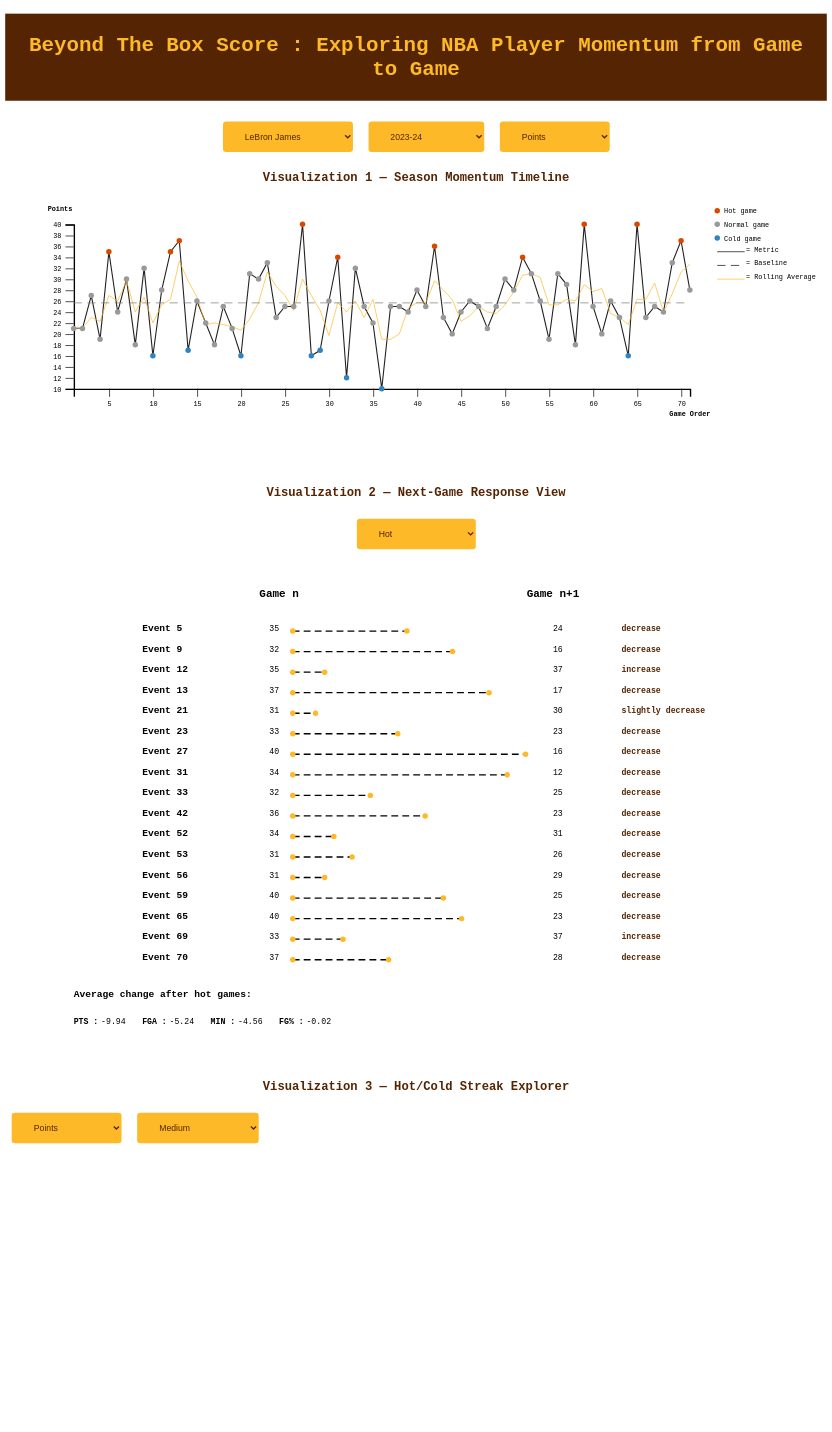
Repository: houdafatih/Data-Viz-Project
Page: index.html
An editor plug-in stored every save of this project. The page is shown before and after the next save, followed by the edit.
The browser window is 1280 px wide. The pictures show the whole page, at 65% of full size.

Above is the page before, as saved 2026-06-19 10:48:57.

### index.html
<!DOCTYPE html>
<html>
   <head>
    <meta charset="UTF-8"/>
    <title>Beyond The Box Score</title>
    <link rel="stylesheet" href="style.css" >
  </head>
  <body>
     <h1>Beyond The Box Score : Exploring NBA Player Momentum from Game to Game</h1>

     <div class="selection">
        <select id="playerSelect">
            <option selected disabled>Select a Player</option>
        </select>

        <select id="seasonSelect">
            <option selected disabled>Select a Season</option>
        </select>

        <select id="metricSelect">
            <option selected disabled>Select a metric</option>
            <option value="pts">Points</option>
            <option value="fga">FGA</option>
            <option value="min">Minutes</option>
            <option value="fg_pct">FG%</option>
            <option value="plus_minus">Plus/Minus</option>
        </select>
     </div>

     <h3>Visualization 1 — Season Momentum Timeline</h3>
     <div id="vizual1"></div>

     <h3>Visualization 2 — Next-Game Response View</h3>
     <div class="selection">
        <select id="performanceSelect">
            <option selected disabled>Select event type</option>
            <option value="all">All</option>
            <option value="hot">Hot</option>
            <option value="cold">Cold</option>
            <option value="normal">Normal</option>
        </select>
     </div>
     <div id="vizual2"></div>

     <h3>Visualization 3 — Hot/Cold Streak Explorer</h3>
     <select id="metricSelectV3">
            <option selected disabled>Select a metric</option>
            <option value="pts">Points</option>
            <option value="fga">FGA</option>
            <option value="min">Minutes</option>
            <option value="fg_pct">FG%</option>
            <option value="plus_minus">Plus/Minus</option>
     </select>
     <select id="thresholdSelect">
            <option selected disabled>Select a threshold</option>
            <option value="loose">Loose</option>
            <option value="medium">Medium</option>
            <option value="strict">Strict</option>
     </select>
     <div id="vizual3"></div>

     <!-----<h3>Visualization 4 — Context Impact View</h3>

     <div id="vizual4"></div> ---->

  </body>
  <script src="https://d3js.org/d3.v7.min.js"></script>
  <script type="module" src="index.js"></script>
</html>

### style.css
body{
    padding: 0px;
}
h1{
  text-align: center;
  font-size: 2rem;
  font-family: "Courier New", Courier, monospace;
  color : #fdb927;
  background-color: #552503;
  padding: 30px;

}
.selection{
    text-align: center;
}
select{
    margin: 10px;
    padding: 15px 30px;
    border-radius: 5px;
    border: none;
    background: #fdb927;
    color:#552503;

}
select option:hover{
    background-color: #fdb927;
}



h3{
    color: #552503;
    font-family: "Courier New", Courier, monospace;
    text-align: center;
}
.tick{
    font-size: 5px;
}
line{
    stroke-width: 0.5px;
}
.label{
    color: #552503;
    font-family: "Courier New", Courier, monospace;
    font-weight: bold;
}

.tooltip{
    position: fixed;
    background: wheat;
    border: 1px solid #ccc;
    padding: 10px;
    font-size: 15px;
    opacity: 0;
    pointer-events: none;

}
text{
    font-family: "Courier New", Courier, monospace;
}
.tooltip2{
    position: fixed;
    background: #fdb927;
    border: 1px solid #ccc;
    padding: 10px;
    font-size: 15px;
    visibility: hidden;
    pointer-events: none;
}
.line2{
    stroke-width: 1px;
}

### index.js
import {playersData,seasonData} from "./scripts/utils.js";
import { drawVisualization1 } from "./scripts/visualization1.js";
import { drawVisualization2 } from "./scripts/visualization2.js";
import { drawVisualization3 } from "./scripts/visualization3.js";

d3.csv("data/nba.csv").then(function(data){

   data.forEach(element => {
        element.player_id = +element.player_id
        element.game_index = +element.game_index
        element.pts = +element.pts
        element.fga = +element.fga
        element.min = +element.min
        element.fg_pct = +element.fg_pct
        element.plus_minus = +element.plus_minus
        element.next_pts = +element.next_pts
        element.next_fga = +element.next_fga
        element.next_min = +element.next_min
        element.next_fg_pct = +element.next_fg_pct
        element.rolling_pts_avg_3 = +element.rolling_pts_avg_3
        element.baseline_pts = +element.baseline_pts
        element.pts_diff_from_baseline = +element.pts_diff_from_baseline
        element.streak_length = +element.streak_length
   });

   playersData(data)
   seasonData(data)

   const nba_data = data

   d3.select("#playerSelect").property("value",nba_data[0].player_name)

   d3.select("#seasonSelect").property("value",nba_data[0].season_year)

   d3.select("#metricSelect").property("value","pts")

   d3.select("#performanceSelect").property("value","hot")

   d3.select("#metricSelectV3").property("value","pts")

   d3.select("#thresholdSelect").property("value","medium")

   updateVisualizations(nba_data)


   d3.select("#playerSelect").on("change",() => updateVisualizations(nba_data))
   d3.select("#seasonSelect").on("change",() => updateVisualizations(nba_data))
   d3.select("#metricSelect").on("change",() => updateVisualizations(nba_data))
   d3.select("#performanceSelect").on("change",() => updateVisualizations(nba_data))
   d3.select("#metricSelectV3").on("change",() => updateVisualizations(nba_data))
   d3.select("#thresholdSelect").on("change",() => updateVisualizations(nba_data))

})

function updateVisualizations(nba_data){
    const player = d3.select("#playerSelect").property("value")
    const season = d3.select("#seasonSelect").property("value")
    const metric = d3.select("#metricSelect").property("value")

    const eventT = d3.select("#performanceSelect").property("value")

    const metricv3 = d3.select("#metricSelectV3").property("value")
    const threshold =d3.select("#thresholdSelect").property("value")

    if(player === "Select a Player" || season === "Select a Season" || metric === "Select a metric"){
        return
    }

    let data_filter = nba_data.filter(d => d.player_name === player && d.season_year == season)
    drawVisualization1(data_filter,"#vizual1",metric)

    if(eventT === "Select event type"){
        return
    }
    drawVisualization2(data_filter,"#vizual2",metric,eventT)

    if(metricv3 === "Select a metric" || threshold === "Select a threshold"){
        return
    }
    drawVisualization3(data_filter,"#vizual3",metricv3,threshold)
}

### scripts/utils.js
export function playersData(data){
    const players_list = [...new Set(data.map(dt => dt.player_name))]

    d3.select("#playerSelect").selectAll(".players-options").data(players_list)
    .enter().append("option").attr("class","players-options").attr("value",dt=>dt).text(dt => dt)
}

export function seasonData(data){
    const seasons_list = [...new Set(data.map(dt => dt.season_year))]
    d3.select("#seasonSelect").selectAll(".seasons-options").data(seasons_list)
    .enter().append("option").attr("class","seasons-options").attr("value",dt=>dt).text(dt => dt)
}

### scripts/visualization1.js
export function drawVisualization1(data,id,metric){
     if(data.length === 0) {
        clearCanvas(id)
        return
    }
     const canvas = createCanvas()

     clearCanvas(id)

     const svg = addSvg(id,canvas)
     const sc = addScales(data,canvas,metric)

     addAxes(svg,sc,canvas)
     addMetricLine(svg,sc,data,metric)
     addAverageLine(svg,sc,data,metric)
     addBaselineLine(svg,sc,data,metric)
     addPoints(svg,sc,data,metric)
     addLabels(svg,canvas,metric)

     addLegends(svg,canvas)
}

function createCanvas(){
    return{
        width : 600, height: 200, margin:{top: 20,right:100, bottom:60, left:50}
    }
}

function clearCanvas(id){
    d3.select(id).html("")
}

function addSvg(id,canvas){
    return d3.select(id).append("svg").attr("viewBox",`0 0 ${canvas.width} ${canvas.height}`)
}

function addScales(data,canvas,metric){
    const xScale =
    d3.scaleLinear().domain(d3.extent(data,dt => dt.game_index))
    .range([canvas.margin.left,canvas.width - canvas.margin.right])

    const yScale =
      d3.scaleLinear().domain([d3.min(data,d => d[metric]),d3.max(data,d => d[metric])])
      .nice().range([canvas.height - canvas.margin.bottom,canvas.margin.top])

    return {xScale,yScale}
}

function addAxes(svg, scales, canvas){
    svg.append("g").attr("transform",`translate(0, ${canvas.height - canvas.margin.bottom})`)
    .call(d3.axisBottom(scales.xScale))

    svg.append("g").attr("transform",`translate(${canvas.margin.left},0)`)
    .call(d3.axisLeft(scales.yScale))
}

function addMetricLine(svg,scales,data,metric){
    let line = d3.line().x(d => scales.xScale(d.game_index)).y(d => scales.yScale(d[metric]))

    svg.append("path").datum(data).attr("fill","none").attr("stroke","#222")
     .attr("stroke-width",0.8).attr("d",line)
}

function addAverageLine(svg,scales,data,metric){
    if(metric != "pts") return
    let avg_line = d3.line().x(d => scales.xScale(d.game_index)).y(d => scales.yScale(d.rolling_pts_avg_3))

    svg.append("path").datum(data).attr("fill","none").attr("stroke","#fdb927")
     .attr("stroke-width",0.5).attr("d",avg_line)
}

function addBaselineLine(svg,scales,data,metric){

    let base_line = d3.mean(data,d => d[metric])


    svg.append("line")
    .attr("x1",scales.xScale(d3.min(data,dt => dt.game_index))).attr("x2",scales.xScale(d3.max(data,dt => dt.game_index)))
    .attr("y1",scales.yScale(base_line)).attr("y2",scales.yScale(base_line))
    .attr("stroke","#777").attr("stroke-dasharray","6 4")
}

function addPoints(svg,scales,data,metric){
    const tooltip = toolTip()

    svg.selectAll("circle").data(data).enter()
     .append("circle").attr("class","game-pt")
     .attr("cx", d => scales.xScale(d.game_index))
     .attr("cy",d => scales.yScale(d[metric]))
     .attr("r",2).attr("fill",d => colorPoint(d.performance_label))
     .on("mouseover",function(event,d){
        d3.select(this).attr("r",3)
        tooltip.style("opacity",1).html(tooltipInformations(d))
     })
     .on("mousemove",function(event){
        tooltip.style("left",event.clientX+15+"px")
          .style("top",event.clientY-20+"px")
     })
     .on("mouseout",function(){
        d3.select(this)
        .attr("r",2)
        tooltip.style("opacity",0)
     })
     //.on("click",function(event,d){
       // highlightGameandNextGame(svg,data,d)
    // })



}

function colorPoint(perf){
    if(perf === "hot") return "#d94801"
    if(perf === "cold") return "#3182bd"
    return "#999"
}

function addLabels(svg,canvas,metric){
    svg.append("text").attr("class","label")
    .attr("x",canvas.width - 100).attr("y",canvas.height-40)
    .attr("text-anchor","middle").attr("font-size","5px")
    .text("Game Order")

    svg.append("text").attr("class","label")
    .attr("x",40).attr("y",10)
    .attr("text-anchor","middle").attr("font-size","5px")
    .text(metricName(metric))
}

function metricName(metric){
    if(metric === "pts") return "Points"
    if(metric === "fga") return "Field Goal Attempts"
    if(metric === "min") return "Minutes"
    if(metric === "fg_pct") return "Field Goal Percentage"
    if(metric === "plus_minus") return "Plus / Minus"
}

function addLegends(svg,canvas){
    const lg = svg.append("g").attr("transform",
        `translate(${canvas.width - canvas.margin.right+20},${canvas.margin.top-10})`)


    lg.append("circle").attr("cx",0).attr("cy",0).attr("r",2).attr("fill","#d94801")
    lg.append("text").attr("x",5).attr("y",2).text("Hot game").attr("font-size","5px")

    lg.append("circle").attr("cx",0).attr("cy",10).attr("r",2).attr("fill","#999")
    lg.append("text").attr("x",5).attr("y",12).text("Normal game").attr("font-size","5px")

    lg.append("circle").attr("cx",0).attr("cy",20).attr("r",2).attr("fill","#3182bd")
    lg.append("text").attr("x",5).attr("y",22).text("Cold game").attr("font-size","5px")


    lg.append("line").attr("x1",0).attr("x2",20).attr("y1",30).attr("y2",30)
    .attr("stroke","black").attr("stroke-width",2)
    lg.append("text").attr("x",21).attr("y",30).text(" = Metric").attr("font-size","5px")

    lg.append("line").attr("x1",0).attr("x2",20).attr("y1",40).attr("y2",40)
    .attr("stroke","black").attr("stroke-dasharray","6 4")
    lg.append("text").attr("x",21).attr("y",40).text(" = Baseline").attr("font-size","5px")

    lg.append("line").attr("x1",0).attr("x2",20).attr("y1",50).attr("y2",50)
    .attr("stroke-width",2).attr("stroke","#fdb927")
    lg.append("text").attr("x",21).attr("y",50).text(" = Rolling Average").attr("font-size","5px")
}

function toolTip(){
    let tooltip = d3.select("body").select(".tooltip")
    if(tooltip.empty()){
        tooltip = d3.select("body").append("div").attr("class","tooltip")
    }

    return tooltip
}

function tooltipInformations(data){
    return `<strong> Game ${data.game_index} </strong><br>
            Date : ${data.game_date}<br>
            Home/Away : ${data.home_away}<br>
            Points : ${data.pts}<br>
            Minutes : ${data.min}<br>
            FGA : ${data.fga}<br>
            Next Game Points : ${data.next_pts}<br>`
}

function highlightGameandNextGame(svg,data,selected){
    const nextG = data.find(d => d.game_index === selected.game_index + 1)

    svg.selectAll(".game-point").attr("r",8).attr("stroke","none").attr("opacity",0.4)

    svg.selectAll(".game-point").filter(d => d.game_index === selected.game_index)
    .attr("stroke","black").attr("stroke-width",3).attr("r",5).attr("opacity",1)

    if(nextG){
        svg.selectAll(".game-point").filter(d => d.game_index === nextG.game_index)
       .attr("stroke","#3182bd").attr("stroke-width",3).attr("r",8).attr("opacity",1)
    }
}

### scripts/visualization2.js
export function drawVisualization2(data,id,metric,eventT){
    if(data.length === 0) {
        clearCanvas(id)
        return
    }


     let new_data = createData(data,metric)

     if(eventT !== "all"){
        new_data = new_data.filter(d => performance_filter(d.current_g,data,metric) === eventT)
     }

     const canvas = createCanvas(new_data)

     clearCanvas(id)

     const svg = addSvg(id,canvas)

     draw_Header(svg,200,400)
     draw_Rows(svg,new_data,200,400,canvas.margin,15)
     addSummaryCard(svg,new_data,eventT,canvas)

}
function createCanvas(new_data){
    return{
        width : 600, height: 100 + new_data.length *16 , margin:{top: 20,right:100, bottom:60, left:50}
    }
}

function clearCanvas(id){
    d3.select(id).html("")
}

function addSvg(id,canvas){
    return d3.select(id).append("svg").attr("viewBox",`0 0 ${canvas.width} ${canvas.height}`)
}

function createData(data,metric){
   const new_data = data.slice().sort((a,b) => a.game_index - b.game_index)

   return new_data.slice(0,-1).map((d,j) => {
      const nextG = new_data[j+1]

      return {
        eventN: j+1,
        game_idx : d.game_index,
        nextg_index : nextG.game_index,
        current_v: d[metric],
        next_v : nextG[metric],
        difference : nextG[metric] - d[metric],
        current_g : d,
        next_g : nextG
      }
   })
}

function draw_Header(svg,left,right){
    svg.append("text").attr("x",left).attr("y",30)
    .attr("text-anchor","middle").attr("font-weight","bold").attr("font-size","8px").text("Game n")

    svg.append("text").attr("x",right).attr("y",30)
    .attr("text-anchor","middle").attr("font-weight","bold").attr("font-size","8px").text("Game n+1")

}

function draw_Rows(svg,new_data,left,right,margin,r_height){
    const tooltip = toolTip2(new_data)

    const rows = svg.selectAll(".response-row").data(new_data).enter()
     .append("g").attr("class","response-row")
     .attr("transform",(d,j) => `translate(0,${margin.top+j*r_height})`)

    rows.append("text").attr("x",100).attr("y",35).text(d =>`Event ${d.eventN}` )
     .attr("font-size","7px").attr("font-weight","bold")
    rows.append("text").attr("x",left).attr("y",35).attr("text-anchor","end").text(d => d.current_v).attr("font-size","6px")

    const line_scale = d3.scaleLinear().domain([0,d3.max(new_data, d => Math.abs(d.difference))]).range([20,180])

    rows.append("line").attr("x1",left+10).attr("class","line2")
    .attr("x2",d => { const l= line_scale(Math.abs(d.difference))
        return left+l

    })
    .attr("y1",35).attr("y2",35).attr("stroke","black").attr("stroke-dasharray","5 3")
    .on("mouseover",function(event,d){
        tooltip.style("visibility","visible").html(tooltipInformations2(d))
     })
     .on("mousemove",function(event){
        tooltip.style("left",event.clientX+15+"px")
          .style("top",event.clientY-20+"px")
     })
     .on("mouseout",function(){
        tooltip.style("visibility","hidden")
     })

    rows.append("circle").attr("cx",left+10).attr("cy",35).attr("r",2).attr("fill","#fdb927")
    rows.append("circle").attr("cx",d => { const l= line_scale(Math.abs(d.difference))
        return left+l

    }).attr("cy",35).attr("r",2).attr("fill","#fdb927")

    rows.append("text").attr("x",right).attr("y",35).text(d => d.next_v).attr("font-size","6px")

    rows.append("text").attr("x",right+50).attr("y",35).text(d => difference_label(d.difference))
    .attr("font-size","6px").attr("fill","#552503").attr("font-weight","bold")

}

function difference_label(diff){
    if(diff > 1) return "increase"
    if(diff < -1) return "decrease"
    if(diff < 0) return "slightly decrease"
    if(diff > 0) return "slightly increase"
    return "stable"
}

function performance_filter(d,data,metric){
   const bLine = d3.mean(data,dt => dt[metric])
   const th = Math.abs(bLine) * 0.2
   const dv = d[metric] - bLine

   if(dv > th) return "hot"
   if(dv < -th) return "cold"
   return "normal"
}

function addSummaryCard(svg,new_data,eventT,canvas){

    svg.append("text").attr("x",50).attr("y",canvas.height-50)
    .attr("font-weight","bold").text(`Average change after ${eventT} games:`).attr("font-size","7px")

    const metrics_change = new_data.map(d => {
        const pts = d.current_g["next_pts"] - d.current_g["pts"]
        const fga = d.current_g["next_fga"] - d.current_g["fga"]
        const min = d.current_g["next_min"] - d.current_g["min"]
        const fg_pct = d.current_g["next_fg_pct"] - d.current_g["fg_pct"]

        return {"pts":pts,"fga":fga,"min":min,"fg_pct":fg_pct}
    })

    const means = [
        {"avg":d3.mean(metrics_change,d => d.pts),"name":"PTS"},
        {"avg":d3.mean(metrics_change,d => d.fga),"name":"FGA"},
        {"avg":d3.mean(metrics_change,d => d.min),"name":"MIN"},
        {"avg":d3.mean(metrics_change,d => d.fg_pct),"name":"FG%"}
    ]

    means.forEach((element,i) => {
        let position = canvas.margin.left+i*50
        svg.append("text").attr("x",position).attr("y",canvas.height-30)
        .attr("font-size","6px").attr("font-weight","bold")
        .text(`${element.name} : `)
        svg.append("text").attr("x",position+20).attr("y",canvas.height-30)
        .attr("font-size","6px")
        .text(`${element.avg.toFixed(2)}`)

    });

}

function toolTip2(){
    let tooltip = d3.select("body").select(".tooltip2")
    if(tooltip.empty()){
        tooltip = d3.select("body").append("div").attr("class","tooltip2")
    }

    return tooltip
}

function tooltipInformations2(data){
    console.log(data)
    return `<strong> Game n - Date: ${data.current_g["game_date"]} </strong><br>
            <strong> Game n - Opponent: ${data.current_g["opponent"]} </strong><br>
            <strong> Game n - Points: ${data.current_g["pts"]} </strong><br>
            <strong> Game n+1 - Date: ${data.next_g["game_date"]} </strong><br>
            <strong> Game n+1 - Opponent: ${data.next_g["opponent"]} </strong><br>
            <strong> Game n+1 - Points: ${data.next_g["pts"]} </strong><br>
    `
}

### scripts/visualization3.js
export function drawVisualization3(data,id,metric,threshold){
     if(data.length === 0) {
        clearCanvas(id)
        return
    }
     const canvas = createCanvas()

     clearCanvas(id)

     const svg = addSvg(id,canvas)
}

function createCanvas(){
    return{
        width : 600, height: 200, margin:{top: 20,right:100, bottom:60, left:50}
    }
}

function clearCanvas(id){
    d3.select(id).html("")
}

function addSvg(id,canvas){
    return d3.select(id).append("svg").attr("viewBox",`0 0 ${canvas.width} ${canvas.height}`)
}

After the next save:
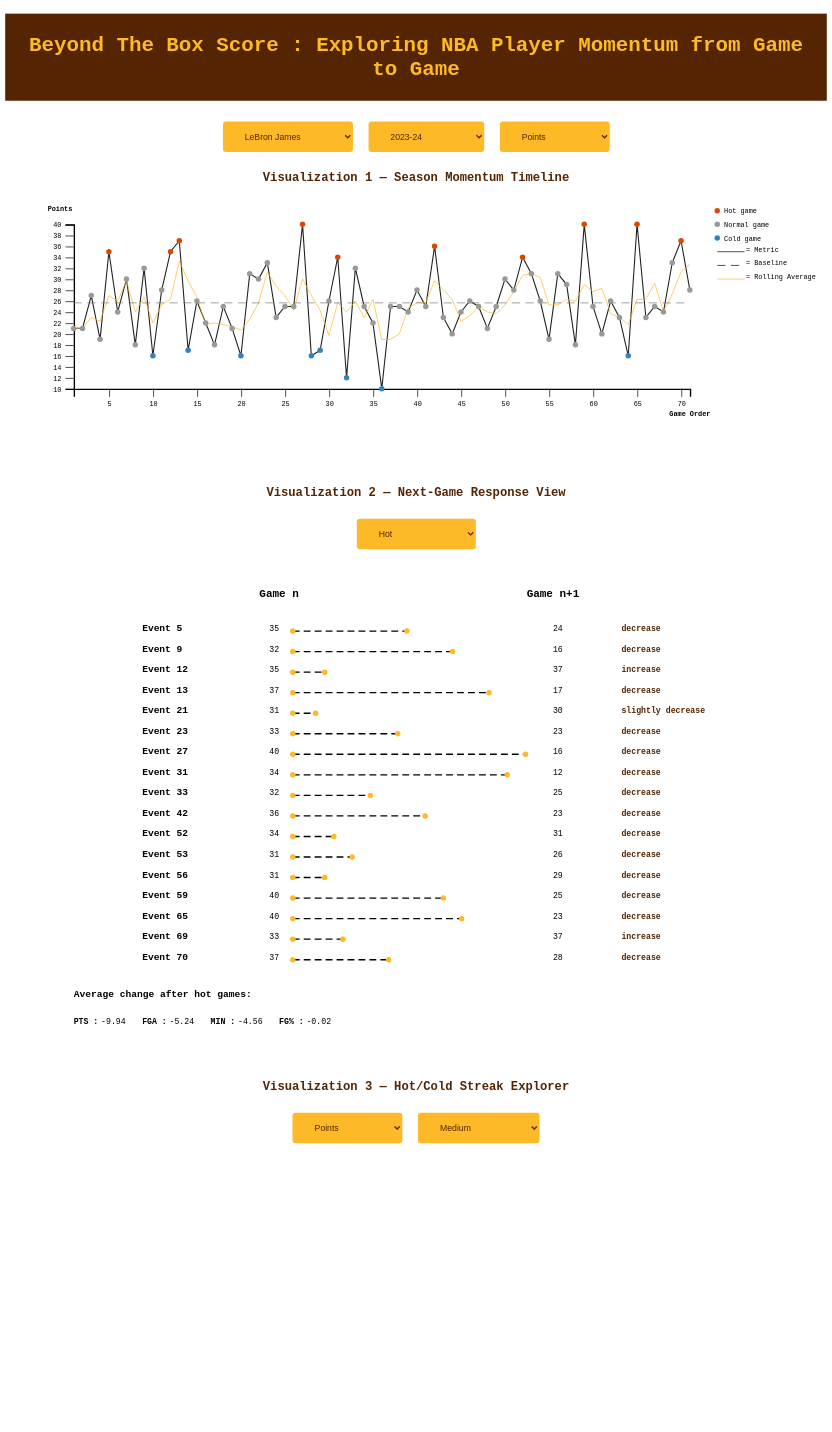
Saved 48 s later.
--- a/index.html
+++ b/index.html
@@ -43,20 +43,24 @@
      <div id="vizual2"></div>
 
      <h3>Visualization 3 — Hot/Cold Streak Explorer</h3>
-     <select id="metricSelectV3">
+     <div class="selection">
+        <select id="metricSelectV3">
             <option selected disabled>Select a metric</option>
             <option value="pts">Points</option>
             <option value="fga">FGA</option>
             <option value="min">Minutes</option>
             <option value="fg_pct">FG%</option>
             <option value="plus_minus">Plus/Minus</option>
-     </select>
-     <select id="thresholdSelect">
-            <option selected disabled>Select a threshold</option>
+        </select>
+        <select id="thresholdSelect">
+        <option selected disabled>Select a threshold</option>
             <option value="loose">Loose</option>
             <option value="medium">Medium</option>
             <option value="strict">Strict</option>
-     </select>
+        </select>
+     </div>
+
+
      <div id="vizual3"></div>
 
      <!-----<h3>Visualization 4 — Context Impact View</h3>
